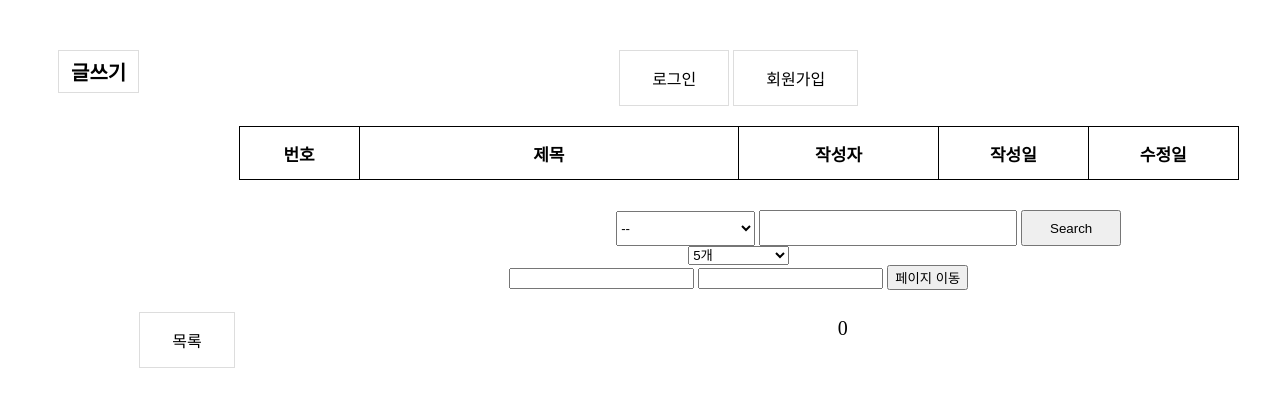
Repository: Shim-YoungDo/gaea-study
Page: http://localhost/study/WEB-INF/views/board/list.jsp
An editor plug-in stored every save of this project. The page is shown before and after the next save, followed by the edit.
The browser window is 1280 px wide. The pictures show the whole page.
The page is served by Tomcat 9. Nobody is signed in. Other server files are loaded and not shown. The template is opened directly, without the code that normally fills it, so the values that code supplies are empty.

Above is the page before, as saved 2021-12-13 07:58:52.

### study/src/main/webapp/WEB-INF/views/board/list.jsp
<%@ page language="java" contentType="text/html; charset=UTF-8"
	pageEncoding="UTF-8"%>
<%@ taglib uri="http://java.sun.com/jsp/jstl/core" prefix="c"%>
<%@ taglib prefix="fmt" uri="http://java.sun.com/jsp/jstl/fmt"%>
<!DOCTYPE html>
<html>
<head>
<meta charset="UTF-8">
<title>Insert title here</title>
<link rel="stylesheet" href="/resources/css/board/list.css">
<script src="https://code.jquery.com/jquery-3.4.1.js"
	integrity="sha256-WpOohJOqMqqyKL9FccASB9O0KwACQJpFTUBLTYOVvVU="
	crossorigin="anonymous"></script>
</head>
<body>
	<div class="table_wrap">
		<a href="/board/registeView" class="enroll_btn">글쓰기</a>
		<a href="/board/list" class="list_btn">목록</a>
		<div class="login_area">
		<!-- 로그인 x -->
		<c:if test="${member==null}">
		<div class="login_button"><a href="/member/login">로그인</a></div>
		<span><a href="/member/join">회원가입</a></span>
		</c:if>

		<!-- 로그인 o -->
		<c:if test="${member != null}">
		<div class="login_success_area">
			<span>이름:${member.memberName}</span>
			<span>아이디:${member.memberID}</span>
			<a href="/member/logout">로그아웃</a>
		</div>
		</c:if>

		<table>
			<thead>
				<tr>
					<th class="bno_width">번호</th>
					<th class="title_width">제목</th>
					<th class="writer_width">작성자</th>
					<th class="regdate_width">작성일</th>
					<th class="updatedate_width">수정일</th>
				</tr>
			</thead>
			<c:forEach items="${list}" var="list">
				<tr>
					<td><c:out value="${list.boardNumber}" /></td>
					<td>
						<a class="move" href='<c:out value="${list.boardNumber}"/>'>
							<c:out value="${list.boardTitle}" />
						</a>
					</td>
					<td>
						<c:out value="${list.boardWriter}" />
					</td>
					<td>
						<fmt:formatDate pattern="yyyy/MM/dd"
							value="${list.boardRegistrationDate}" />
					</td>
					<td>
						<fmt:formatDate pattern="yyyy/MM/dd"
							value="${list.boardUpdateDate}" />
					</td>
				</tr>
			</c:forEach>
		</table>

		<div class="search_wrap">
			<div class="search_area">
				<select name="type">
                <option value="" <c:out value="${pageMake.cri.type == null?'selected':'' }"/>>--</option>
                <option value="T" <c:out value="${pageMake.cri.type eq 'T'?'selected':'' }"/>>제목</option>
                <option value="C" <c:out value="${pageMake.cri.type eq 'C'?'selected':'' }"/>>내용</option>
                <option value="W" <c:out value="${pageMake.cri.type eq 'W'?'selected':'' }"/>>작성자</option>
                <option value="TC" <c:out value="${pageMake.cri.type eq 'TC'?'selected':'' }"/>>제목 + 내용</option>
                <option value="TW" <c:out value="${pageMake.cri.type eq 'TW'?'selected':'' }"/>>제목 + 작성자</option>
                <option value="TCW" <c:out value="${pageMake.cri.type eq 'TCW'?'selected':'' }"/>>제목 + 내용 + 작성자</option>
            </select>
				<input type="text" name="keyword" value="${pageMake.cri.keyword}">
				<button>Search</button>
			</div>
		</div>

		<div class="amount_wrap">
			<div class="amount_area">

					<select name="amount" onchange="selectBoxChange(this.value);">
						<option value="" disabled >=== 선택 ===</option>
						<option value=5 <c:out value="${pageMake.cri.amount == 5?'selected':''}"/>>5개</option>
    					<option value=10 <c:out value="${pageMake.cri.amount == 10?'selected':''}"/>>10개</option>
    					<option value=20 <c:out value="${pageMake.cri.amount == 20?'selected':''}"/>>20개</option>
    					<option value=25 <c:out value="${pageMake.cri.amount == 25?'selected':''}"/>>25개</option>

					</select>

			</div>
		</div>


		<div class="page_select_wrap">
			<div class="page_select_area">
				<input type = "text" pattern="\d" name="pageSelect"value='<c:out value="${pageMake.cri.pageNum}"/>'>
				<input name = "totalPage" readonly="readonly" value = '<c:out value="${pageMake.realEnd}"/>'>
				<button>페이지 이동</button>
			</div>
		</div>

		<div class="pageInfo_wrap">
			<div class="pageInfo_area">
				<ul id="pageInfo" class="pageInfo">

					<!-- 이전페이지 버튼 -->
					<c:if test="${pageMake.prev}">
						<li class="pageInfo_btn previous"><a href="${pageMake.startPage-1}">이전</a></li>
					</c:if>

					<!-- 각 번호 페이지 버튼 -->
					<c:forEach var="num" begin="${pageMake.startPage}" end="${pageMake.endPage}">
						<li class="pageInfo_btn ${pageMake.cri.pageNum == num ? "active":"" }"><a href="${num}">${num}</a></li>
					</c:forEach>

					<!--
					<form id="pageForm" method="post">
					<select name="amount" id="amount" onchange="selectBoxChange(this.value);">
						<option value="none">=== 선택 ===</option>
						<option value="5">5개</option>
    					<option value="10">10개</option>
    					<option value="20">20개</option>
					</select>
					</form>
					-->

					<!-- 다음페이지 버튼 -->
					<c:if test="${pageMake.next}">
						<li class="pageInfo_btn next"><a href="${pageMake.endPage+1}">다음</a></li>
					</c:if>
				</ul>
			</div>
		</div>

		<form id="moveForm" method="get">
			<input type="hidden" name="pageNum" value="${pageMake.cri.pageNum}">
			<input type="hidden" name="amount" value="${pageMake.cri.amount}">
			<input type="hidden" name="keyword" value="${pageMake.cri.keyword}">
			<input type="hidden" name="type" value="${pageMake.cri.type}">

		</form>
	</div>
</div>

	<script>
		let moveForm = $("#moveForm");
		let pageForm = $("#pageForm");

		$(".move").on("click", function(e) {
			e.preventDefault();
			moveForm.append("<input type='hidden' name='boardNumber' value='"
					+ $(this).attr("href") + "'>"); //<form>내부 boardNumber값을 저장하는 <input>태그 생성
			moveForm.attr("action", "/board/getPage");
			moveForm.submit();
				});

		$(".pageInfo a").on("click", function(e){
			e.preventDefault();
			moveForm.find("input[name='pageNum']").val($(this).attr("href")); //<form>내부 pageNum과 관련된 <input>태그의 value 속성값에 클릭한<a>태그 페이지 번호 삽입
			moveForm.attr("action", "/board/list");
			moveForm.submit();
		});

		/*
		var selectBoxChange = function(value){
			console.log("결과:" +value);
			$.ajax({
				type:"post",
				url:"/board/pageAmount",
				data: "pageAmount=" +value,
				success : function(data){
					alert("성공", +data);
					console.log(data);
				}
			});
		}*/

		/*
		$("#pageForm").change(function(){
			var pageAmount = value;

			$.ajax({
				type:"post",
				url:"/board/pageAmount",
				data: "pageAmount=" +pageAmount,
				success : function(data){
					alert("성공", +data);
					console.log(data);
				}
			});

		});*/


		//검색기능
		$(".search_area button").on("click", function(e){
			e.preventDefault();

			let type = $(".search_area select").val();
			let keyword = $(".search_area input[name='keyword']").val();

			if(!type){
				alert("검색 종류를 선택하세요");
				return false;
			}
			if(!keyword){
				alert("키워드를 입력하세요");
				return false;
			}

			//let val = $("input[name='keyword']").val();
			moveForm.find("input[name='type']").val(type);
			moveForm.find("input[name='keyword']").val(keyword);
			moveForm.find("input[name='pageNum']").val(1);
			moveForm.submit();
		});

		/*
		$("#pageForm").change(function(){
			var pageAmount = value;
			let amount = $(".amount_area select").val();

			pageForm.find("input[name]='amount'").val(amount);
			pageForm.submit();
		});*/

		//화면에 출력될 총 게시글 수 선택
		var selectBoxChange = function(value){

			let amount = $(".amount_area select").val();

			//pageForm.find("input[name]='amount'").val(amount);
			//pageForm.submit();
			moveForm.find("input[name='amount']").val(amount);
			moveForm.find("input[name='pageNum']").val(1);
			moveForm.submit();

			console.log("결과:" +value);
			//alert("성공", +data);
		}

		//선택 페이지 이동
		$(".page_select_area button").on("click",function(){

			let pageNum = $(".page_select_area [name='pageSelect']").val();

			moveForm.find("input[name='pageNum']").val(pageNum);
			moveForm.attr("action", "/board/list");
			moveForm.submit();
		});




		/*
		$(".page_count_area button").on("click"function(){
			let pageCount = $(".page_count_area [name='pageCount']").val();
			moveForm.find("input[name='pageCount']").val(pageCount);
			moveForm.attr("action", "/board/list");
			moveForm.submit();
		});
		*/
	</script>

</body>
</html>

### study/src/main/webapp/resources/css/board/list.css
@charset "UTF-8";
a{
  	text-decoration : none;
  }
  table{
 	border-collapse: collapse;
 	width: 1000px;
 	margin-top : 20px;
 	text-align: center;
  }
  td, th{
  	border : 1px solid black;
  	height: 50px;
  }
  th{
  	font-size : 17px;
  }
  thead{
  	font-weight: 700;
  }
  .table_wrap{
  	margin : 50px 0 0 50px;
  }
  .bno_width{
  	width: 12%;
  }
  .writer_width{
  	width: 20%;
  }
  .regdate_width{
  	width: 15%;
  }
  .updatedate_width{
  	width: 15%;
  }
  .enroll_btn{
    float:left;
  	font-size: 20px;
    padding: 6px 12px;
    background-color: #fff;
    border: 1px solid #ddd;
    font-weight: 600;
  }
  .list_btn{
  	background-color: #ffffff; /* Green */
    border: 1px solid #ddd;
    color: white;
    padding: 15px 32px;
    text-align: center;
    text-decoration: none;
    display: inline-block;
    font-size: 16px;
  }

  .pageInfo{
      list-style : none;
      display: inline-block;
    margin: 20px 0 0 150px;
  }
  .pageInfo li{
      float: left;
    font-size: 20px;
    margin-left: 18px;
    padding: 7px;
    font-weight: 500;
  }
  .login_area{
	height:30%;
	display:inline-block;
	text-align:center;
}
  .login_button{
  	background-color: #ffffff; /* Green */
    border: 1px solid #ddd;
    color: white;
    padding: 15px 32px;
    text-align: center;
    text-decoration: none;
    display: inline-block;
    font-size: 16px;
  }
  .login_area>span{
	background-color: #ffffff; /* Green */
    border: 1px solid #ddd;
    color: white;
    padding: 15px 32px;
    text-align: center;
    text-decoration: none;
    display: inline-block;
    font-size: 16px;
}

/*로그인 성공 영역*/
.login_success_area{
	width:25%;
	height:30%;
	border:2px solid #7474ad;
	border-radius:15px;
	margin:5% auto;
}
.login_success_area>span{
	display:block;
	text-align:left;
	margin-left:10px
}
.login_success_area>a{
    font-size: 15px;
    font-weight: 900;
    display: inline-block;
    margin-top: 5px;
    background: #e1e5e8;
    width: 82px;
    height: 22px;
    line-height: 22px;
    border-radius: 25px;
    color: #606267;
}

.search_area{
    display: inline-block;
    margin-top: 30px;
    margin-left: 260px;
  }
  .search_area input{
      height: 30px;
    width: 250px;
  }
  .search_area button{
     width: 100px;
    height: 36px;
  }

  .search_area select{
  	height:35px;
  }


 a:link {color:black; text-decoration: none;}
 a:visited {color:black; text-decoration: none;}
 a:hover {color:blue; text-decoration: underline;}
 .active{
 	text-decoration:underline;
 }

After the next save:
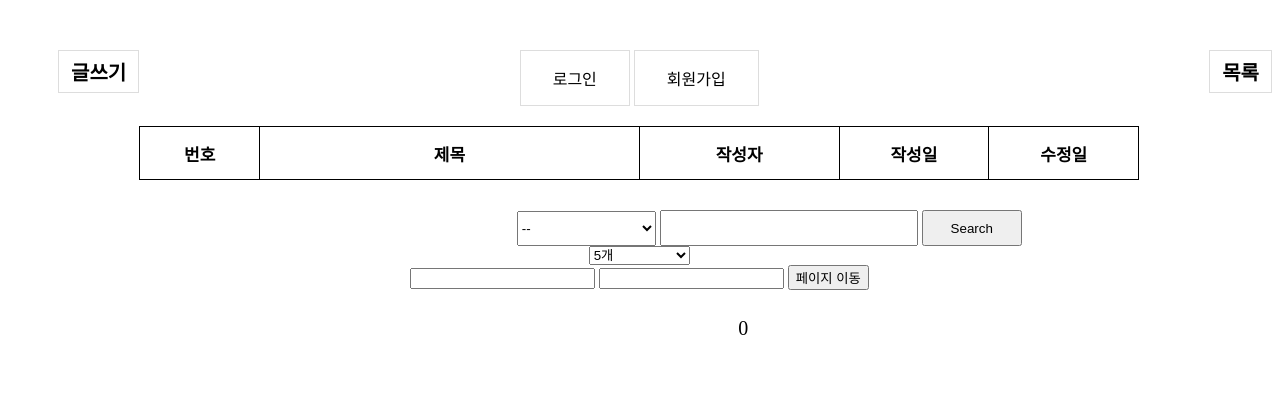
Saved 4 min 5 s later.
--- a/study/src/main/webapp/resources/css/board/list.css
+++ b/study/src/main/webapp/resources/css/board/list.css
@@ -42,14 +42,12 @@ a{
     font-weight: 600;
   }
   .list_btn{
-  	background-color: #ffffff; /* Green */
+  	float:right;
+  	font-size: 20px;
+    padding: 6px 12px;
+    background-color: #fff;
     border: 1px solid #ddd;
-    color: white;
-    padding: 15px 32px;
-    text-align: center;
-    text-decoration: none;
-    display: inline-block;
-    font-size: 16px;
+    font-weight: 600;
   }
 
   .pageInfo{
